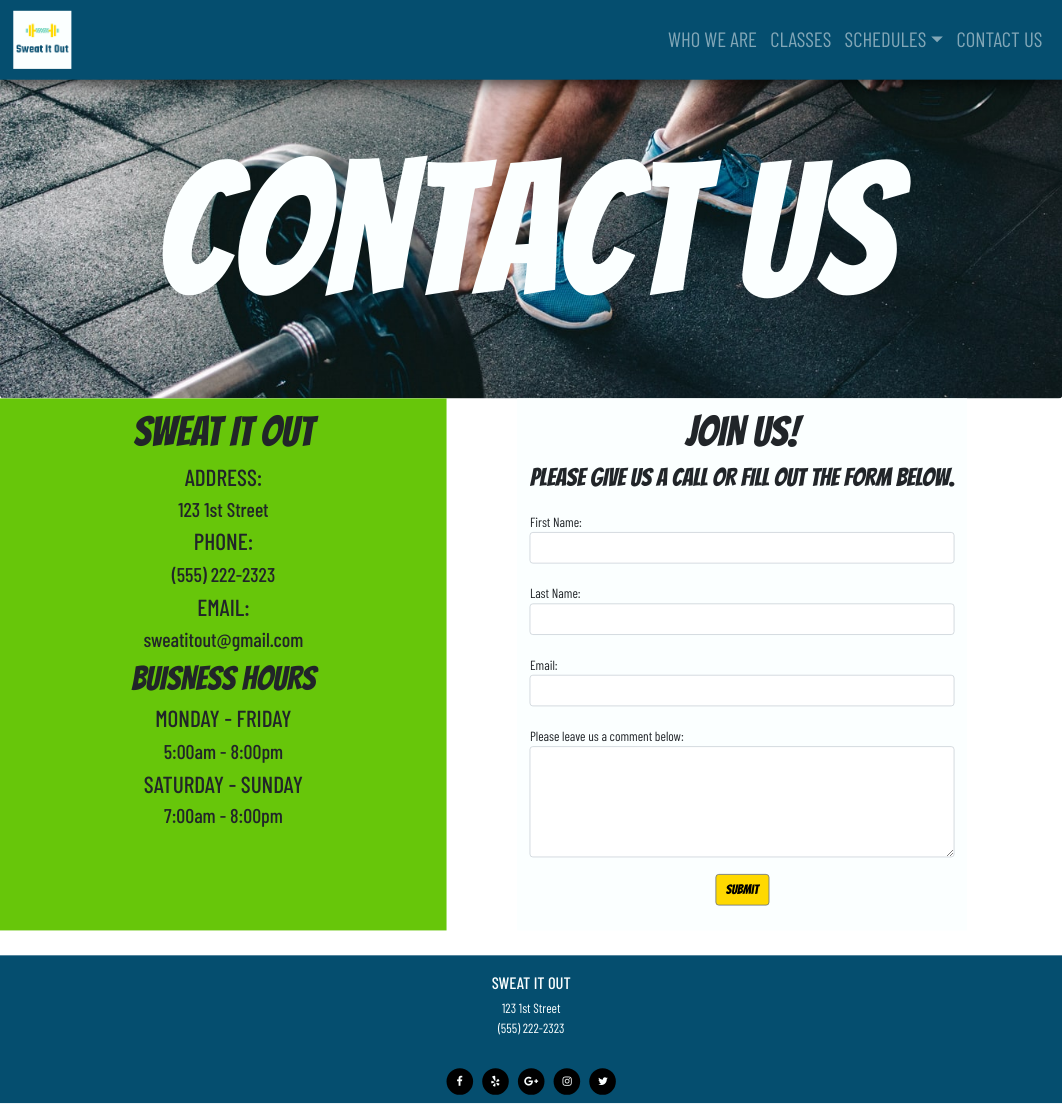
Repository: amybru/sweatitout
Page: contact.html
The author's editor kept a record of every edit. The page is drawn from the files as they stood at one moment, then again after the next edit.
The browser window is 1280 px wide. The pictures show the whole page, at 83% of full size.
Some web fonts or font styles are not loaded; a fallback is used. Some web libraries are served in a nearby version.

Above is the page before.

After the next edit:
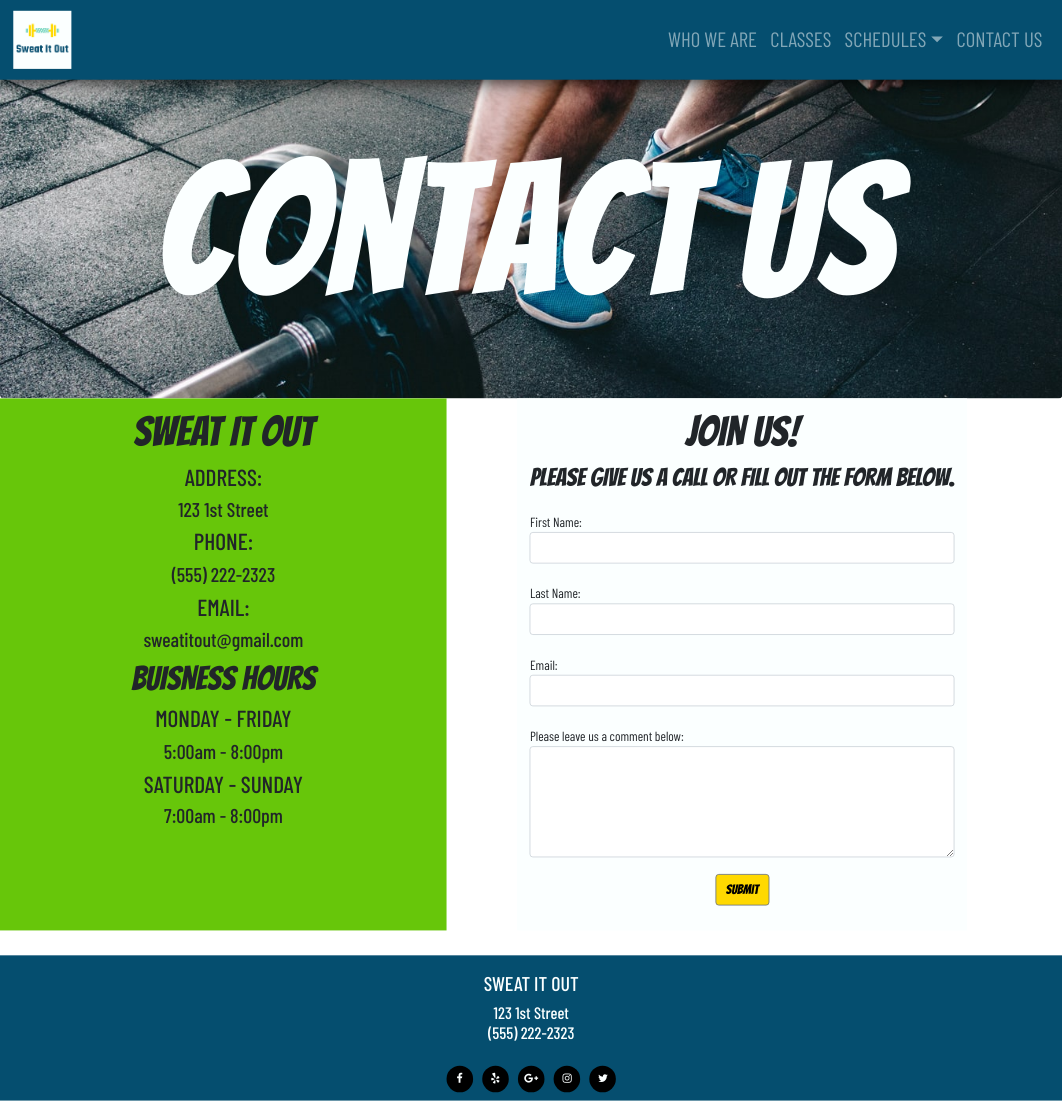
The edit:
--- a/contact.html
+++ b/contact.html
@@ -167,8 +167,8 @@
     <footer class="footer container-fluid" id="footer">
         <div>
             <div id="footer-details">
-                <h5 class="footer-name uppercase">SWEAT IT OUT</h5>
-                <p class="block">123 1st Street<br> (555) 222-2323</p>
+                <h4 class="footer-name uppercase">SWEAT IT OUT</h4>
+                <h5 class="block">123 1st Street<br> (555) 222-2323</h5>
             </div>
             <div class="footer-social">
                 <ul class="list-inline social-links">
